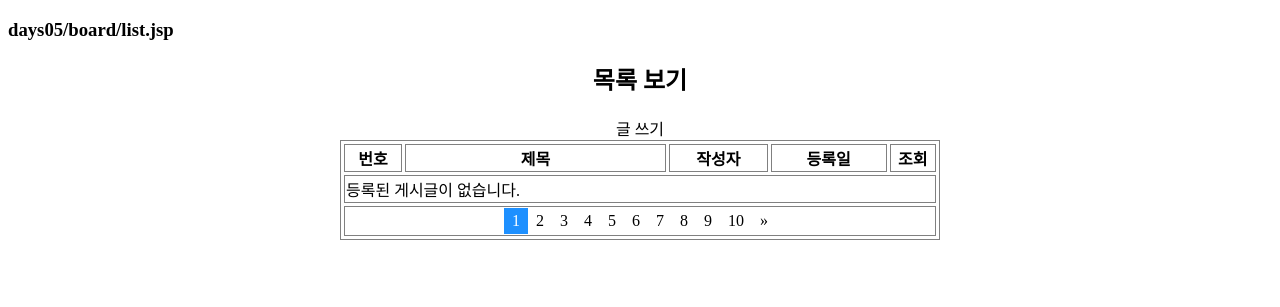
Repository: JavaYoo/kakao-emoticon-web-clone
Page: http://localhost/jspPro/days08/board/list.jsp
An editor plug-in stored every save of this project. The page is shown before and after the next save, followed by the edit.
The browser window is 1280 px wide. The pictures show the whole page.
The page is served by Tomcat 9.

Above is the page before, as saved 2022-06-20 05:42:49.

After the next save:
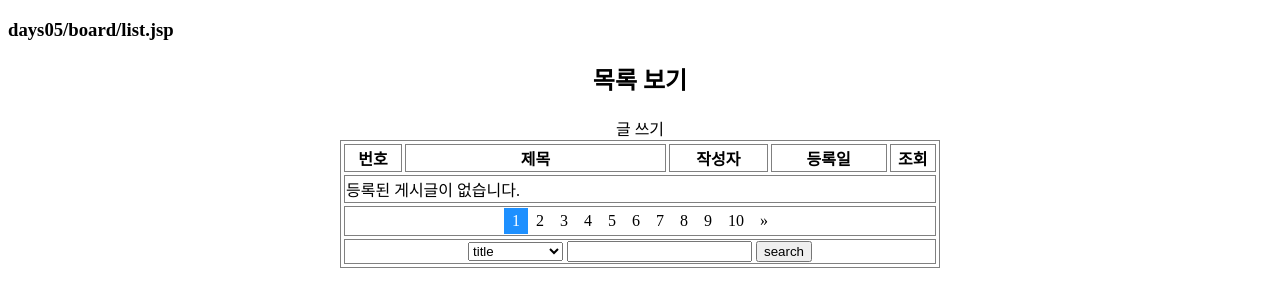
Saved 2 min 19 s later.
--- a/jspPro/src/main/webapp/days08/board/list.jsp
+++ b/jspPro/src/main/webapp/days08/board/list.jsp
@@ -135,6 +135,20 @@
 					</div>
 				</td>
 			</tr>
+			<tr>
+				<td colspan="5" align="center">
+					<form>
+						<select name="searchCondition" id="searchCondition">
+			              <option value="1">title</option>
+			              <option value="2">content</option>
+			              <option value="3">writer</option>
+			              <option value="4">title+content</option>
+		            	</select>
+		            	<input type="text" name="searchWord" id="searchWord" />
+		            	<input type="submit" value="search" />
+            		</form>
+				</td>
+			</tr>
 		</tfoot>
 	</table>
 </div>
